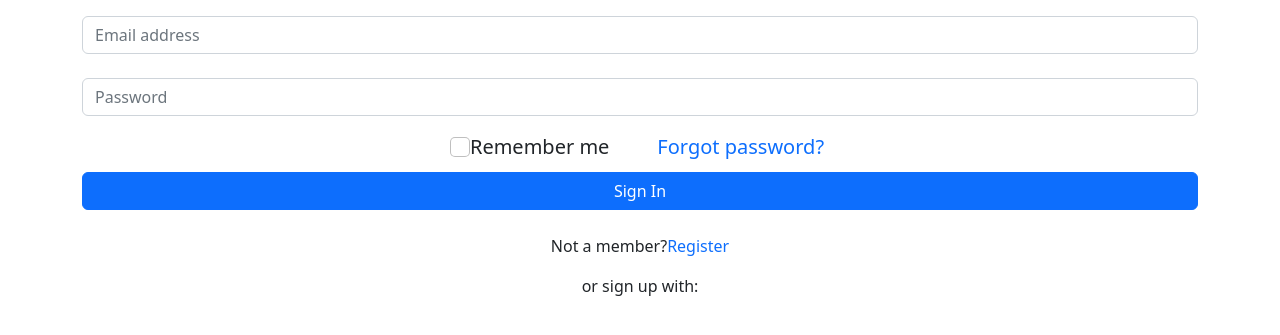
Repository: NPhanA/React2022
Page: / (app in Day 03-React/exercise/)
An editor plug-in stored every save of this project. The page is shown before and after the next save, followed by the edit.
The browser window is 1280 px wide. The pictures show the whole page.
The project was rebuilt for these pictures with package versions that can differ from the ones it lists, and the page was loaded fresh each time. Also part of the build but not shown: Day 03-React/exercise/src/App.css, Day 03-React/exercise/src/App.js, Day 03-React/exercise/src/Components/ProfileCard.js.

Above is the page before, as saved 2022-08-01 13:41:39.

### Day 03-React/exercise/src/index.js
import React from 'react';
import ReactDOM from 'react-dom/client';
import './index.css';
import App from './App';
import reportWebVitals from './reportWebVitals';
import 'bootstrap/dist/css/bootstrap.min.css';
import {createRoot} from 'react-dom/client';
import UserAgent from './Components/UserAgent';
import App1 from './Components/ProfileCard';
import ProfileCard from './Components/ProfileCard';
import SignInForm from './Components/SignInForm';

const container = document.getElementById('root');
const root = createRoot(container);
root.render(<SignInForm />);

### Day 03-React/exercise/src/Components/SignInForm.js
function SignInForm() {
    return (
        <div className="container ">
            <div className="row justify-content-center ">
                <div className="col-xs-12 col-xxl-4">
                    <form className="form-inline">
                        <div className="col-xs-12 col-xxl-12">
                            <input type="email" className="form-control form-control-md mt-3 mb-4" placeholder="Email address" required></input>
                            <input type="password" className="form-control form-control-md" placeholder="Password" required></input>
                        </div>
                        <div className="form-check mt-3  ">
                            <div className="d-flex justify-content-center fs-5">
                                <input className="form-check-input" type="checkbox" value="" id="flexCheckDefault"></input>
                                <label className="form-check-label" >
                                    Remember me
                                </label>
                                <span className="text-primary ms-5 ">Forgot password?</span>
                            </div>
                        </div>
                        <div className="d-grid gap-2">
                            <button className="btn btn-primary mt-2" type="submit">Sign In</button>
                        </div>
                        <p className="text-center mt-4">Not a member?<a href="#" className="text-decoration-none">Register</a></p>
                        <p className="text-center ">or sign up with:</p>
                    </form>
                </div>
            </div>
        </div>
    );
}

export default SignInForm;

### Day 03-React/exercise/src/Components/UserAgent.js
function UserAgent() {
    return (
        <div className="container">
            <h4>Browser's details: {navigator.userAgent}</h4>
        </div>
    );
  }

  export default UserAgent;

Loaded but not shown: Day 03-React/exercise/public/index.html (common file); Day 03-React/exercise/src/index.css (common file); Day 03-React/exercise/src/reportWebVitals.js (common file)

After the next save:
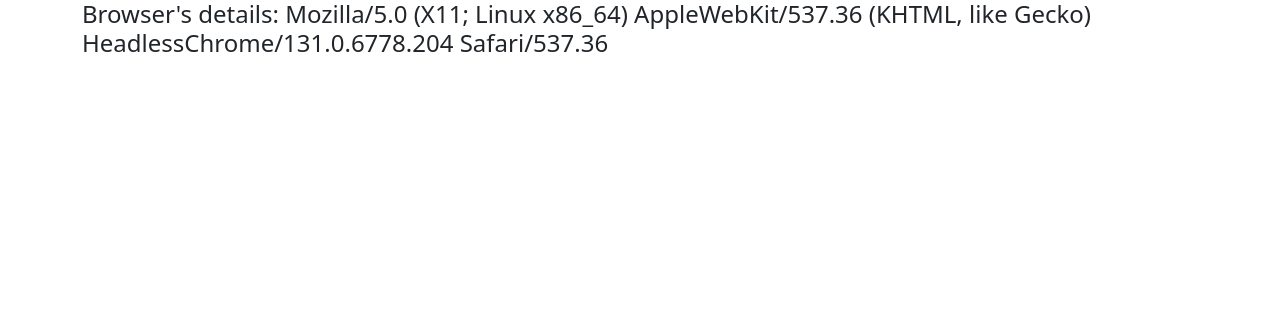
Saved 45 min 47 s later.
--- a/Day 03-React/exercise/src/index.js
+++ b/Day 03-React/exercise/src/index.js
@@ -12,4 +12,4 @@ import SignInForm from './Components/SignInForm';
 
 const container = document.getElementById('root');
 const root = createRoot(container);
-root.render(<SignInForm />);
+root.render(<UserAgent />);
